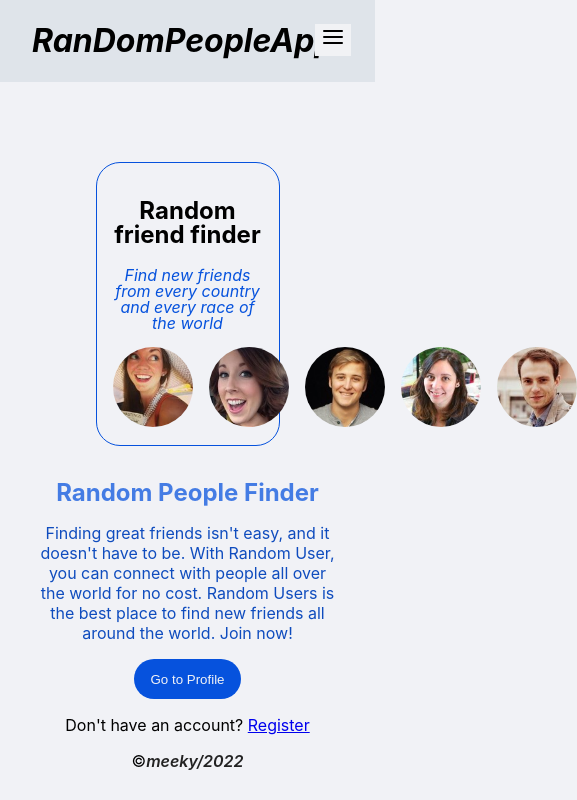
Repository: MikkyPrestige/RandomProfiles
Page: /
These files come from the project's save history. The page is drawn as it stood at one moment and after the next save; the edit follows.
The browser window is 375 px wide. The page is 577 px wide, then 421 px, so the pictures cover 577 px, including what lies to the right of the window. The pictures show the whole page.
The project was rebuilt for these pictures with package versions that can differ from the ones it lists, and the page was loaded fresh each time. Also part of the build but not shown: src/components/users.jsx, src/assets/styles/search.css, src/components/search.jsx, src/assets/styles/help.css, src/components/help.jsx, src/assets/styles/about.css, src/components/about.jsx, src/assets/styles/error.css and 9 more.

Above is the page before, as saved 2022-12-06 20:37:20.

After the next save:
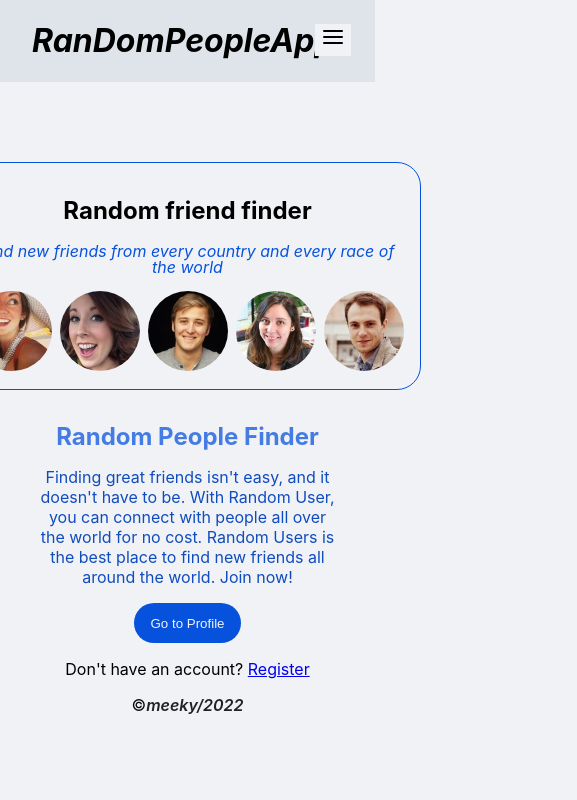
Saved 53 s later.
--- a/src/assets/styles/home.css
+++ b/src/assets/styles/home.css
@@ -75,7 +75,8 @@
     font-size: 1.5rem;
   }
 
-  .home__wrapper {
-    width: 40%;
+  .home__img {
+    /* width: 40%; */
+    gap: .5rem;
   }
 }
